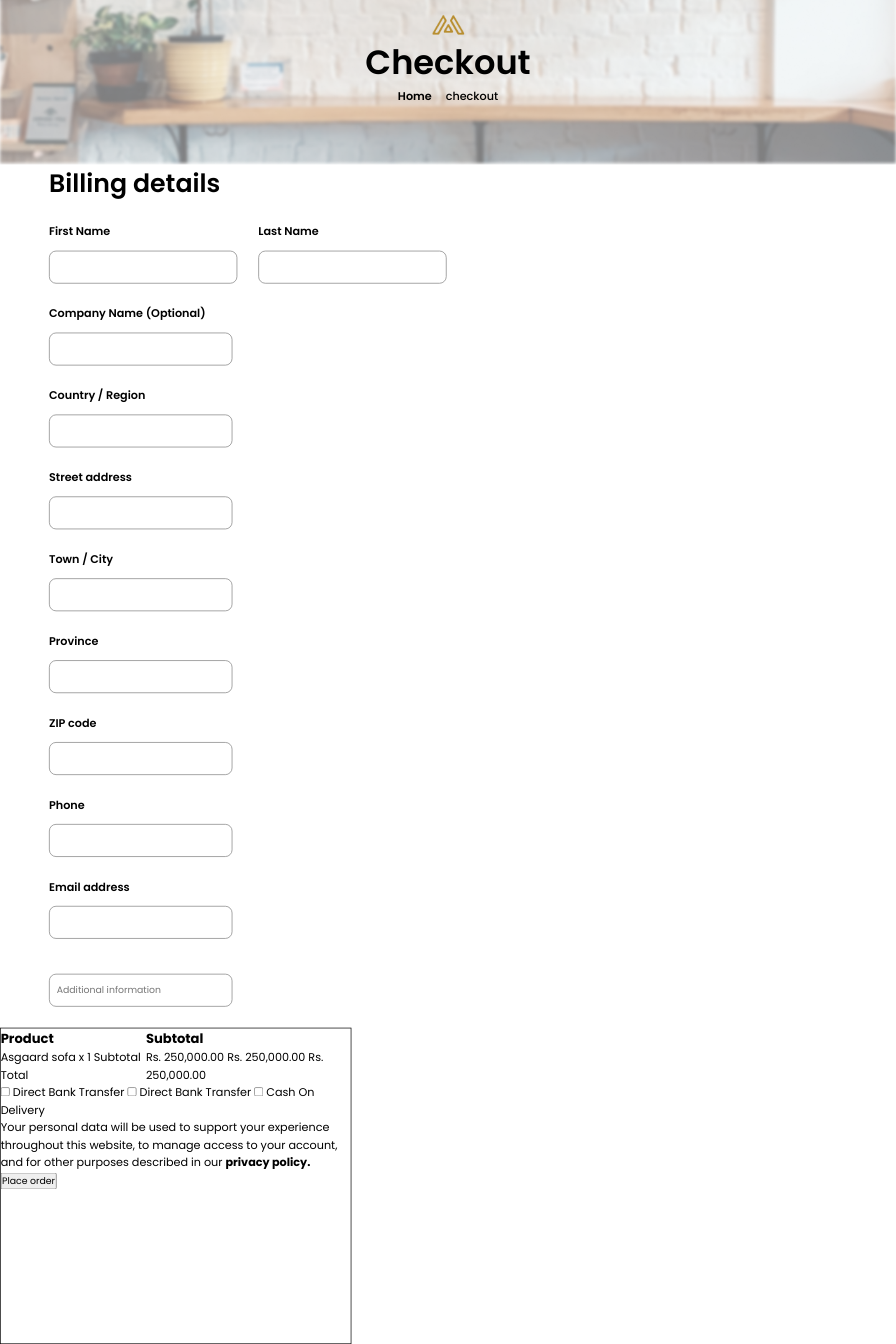
Repository: DT2301/project
Page: checkout.html
An editor plug-in stored every save of this project. The page is shown before and after a run of saves, followed by the edit.
The browser window is 1280 px wide. The pictures show the part of the page from y = 153 to 2073 px (the page is 2073 px tall), at 70% of full size.
A picture or video elsewhere on the page could not be fetched, so the positions and the page height are approximate.

Above is the page before, as saved 2024-01-08 10:13:11.

After the next 2 saves:
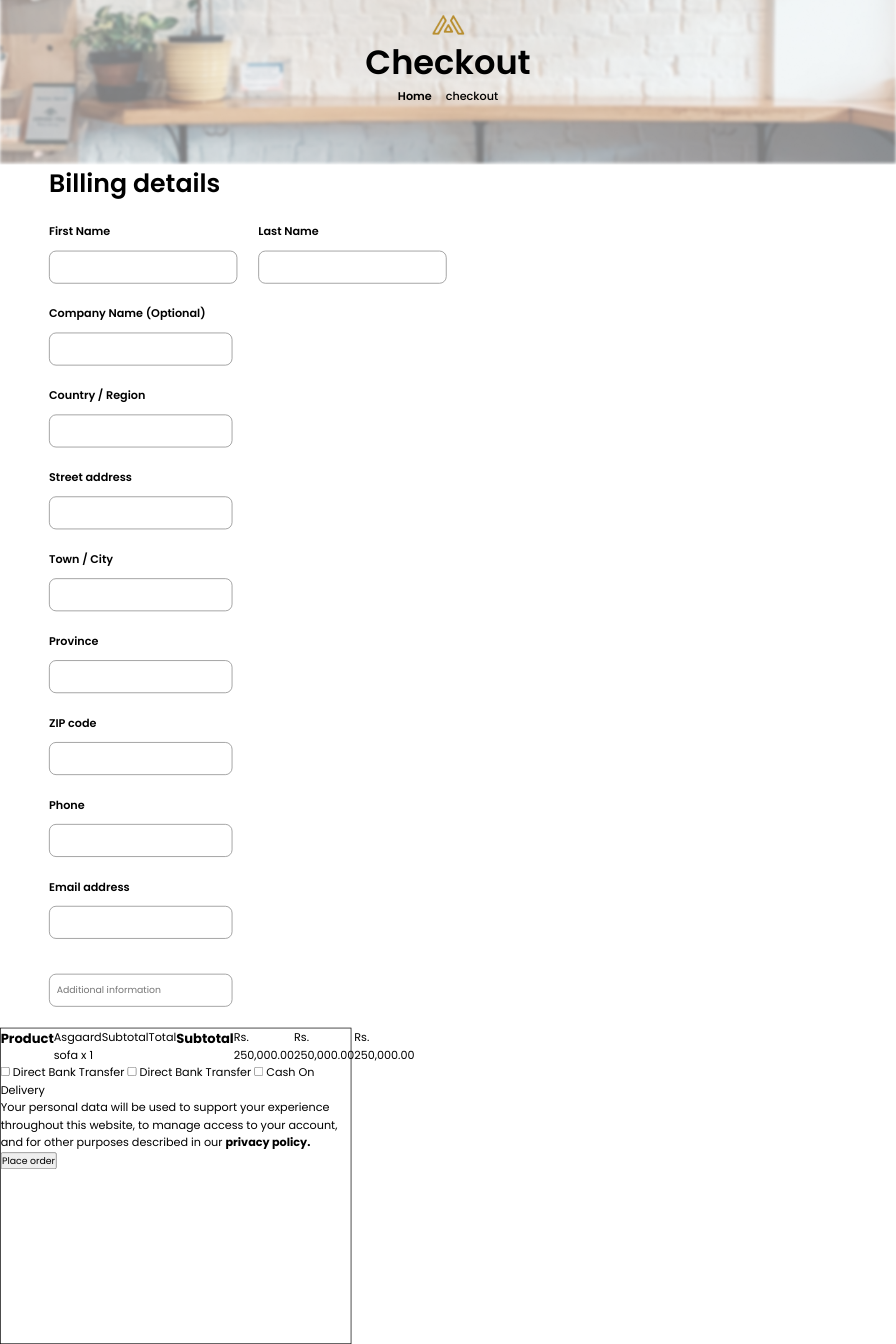
The 2 saves are shown as one change because they came seconds apart.
The last was saved 15 s later.
--- a/checkout.css
+++ b/checkout.css
@@ -167,3 +167,8 @@ ul {
     display: flex;
     flex-direction: row;
 }
+
+.checkout .placeorder div {
+    display: flex;
+    flex-direction: ;
+}
